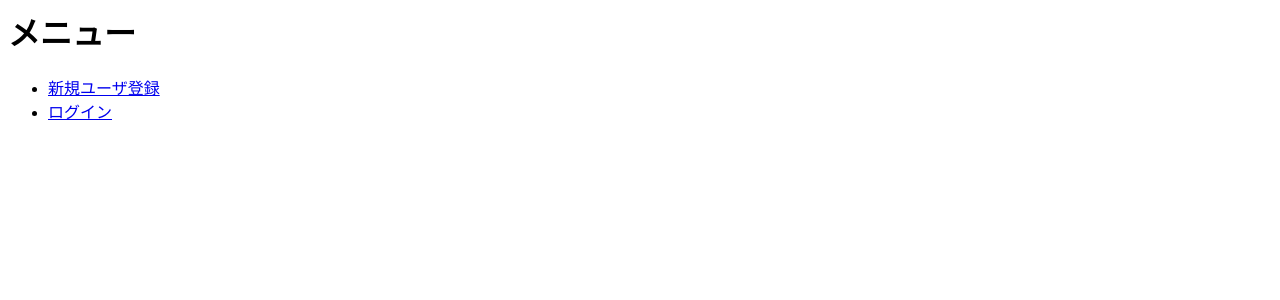
Repository: smicle/milestone
Page: http://localhost/file/login.php
These files come from the project's save history. The page is drawn as it stood at one moment and after the next save; the edit follows.
The browser window is 1280 px wide. The pictures show the whole page.
The page is run by PHP 8.4 with error messages shown; the project is at /var/www/html/.

Above is the page before, as saved 2019-02-14 12:30:17.

### file/login.php
<html>
<head>
	<link rel="stylesheet" href="css/default.css" type="text/css">
	<title>メニュー</title>
</head>
<body>
<h1>メニュー</h1>
<ul>
	<li><a href="registuser.html">新規ユーザ登録</a></li>
	<li><a href="login.php">ログイン</a></li>
</ul>
</body>
</html>

Loaded but not shown: file/css/default.css (no stored copy; drawn as an empty file)

After the next save:
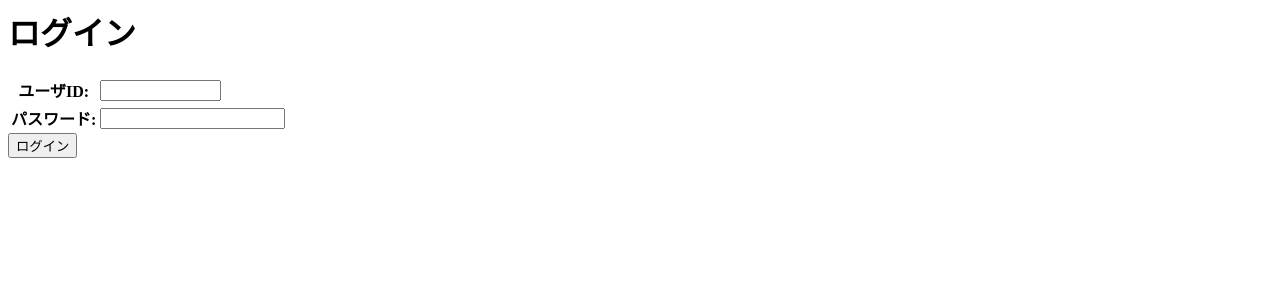
Saved 20 s later.
--- a/file/login.php
+++ b/file/login.php
@@ -1,13 +1,23 @@
+<?php
+	$errorMessage = "";
+	if(@$_GET['err'] == '1'){
+		$errorMessage = "ＩＤまたはパスワードが違います<br>";
+	}
+?>
 <html>
 <head>
 	<link rel="stylesheet" href="css/default.css" type="text/css">
-	<title>メニュー</title>
+	<title>ログイン</title>
 </head>
 <body>
-<h1>メニュー</h1>
-<ul>
-	<li><a href="registuser.html">新規ユーザ登録</a></li>
-	<li><a href="login.php">ログイン</a></li>
-</ul>
+<h1>ログイン</h1>
+<span class="error"><?php echo $errorMessage ?></span>
+<form method="post" action="login_chk.php">
+<table>
+<tr><th>ユーザID:</th><td><input type="text" name="id" size="12"></td></tr>
+<tr><th>パスワード:</th><td><input type="password" name="password" size="20"></td></tr>
+</table>
+<input type="submit" value="ログイン">
+</form>
 </body>
 </html>
